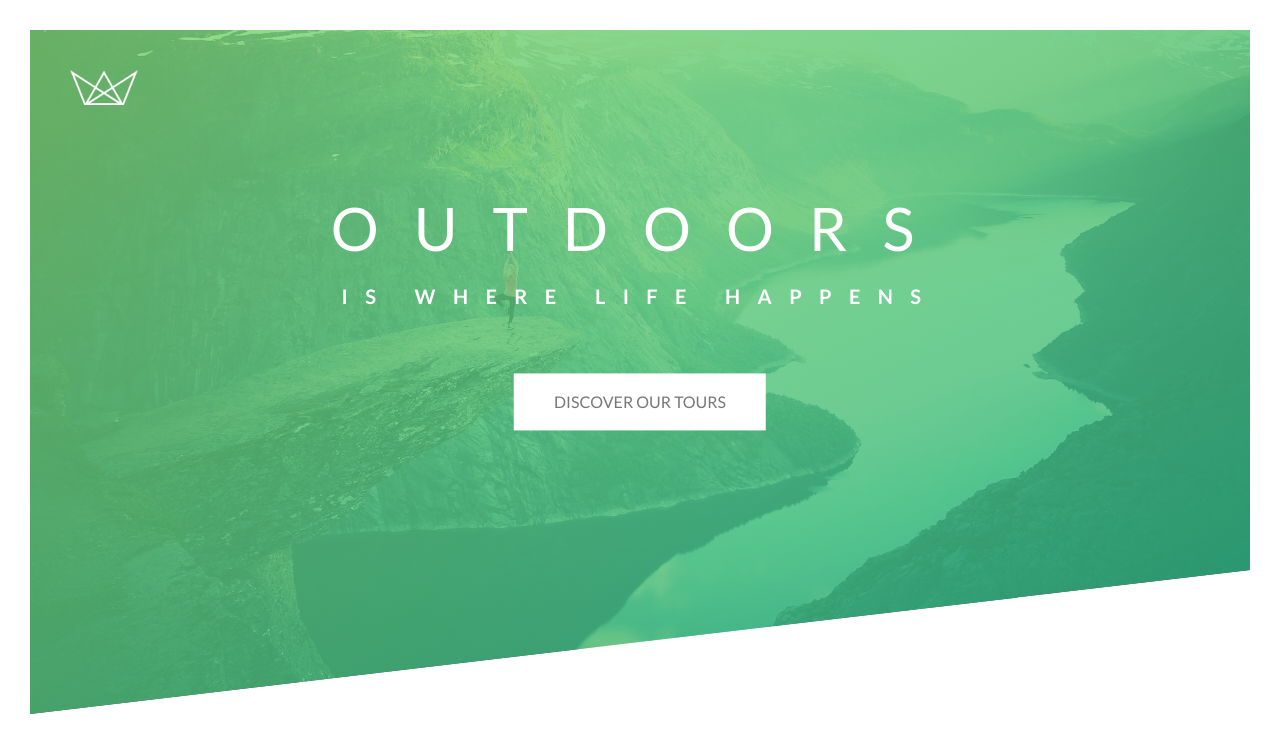
Repository: MalgorzataMazur/Natours
Page: index.html
An editor plug-in stored every save of this project. The page is shown before and after the next save, followed by the edit.
The browser window is 1280 px wide. The pictures show the whole page.

Above is the page before, as saved 2020-01-13 00:15:47.

After the next save:
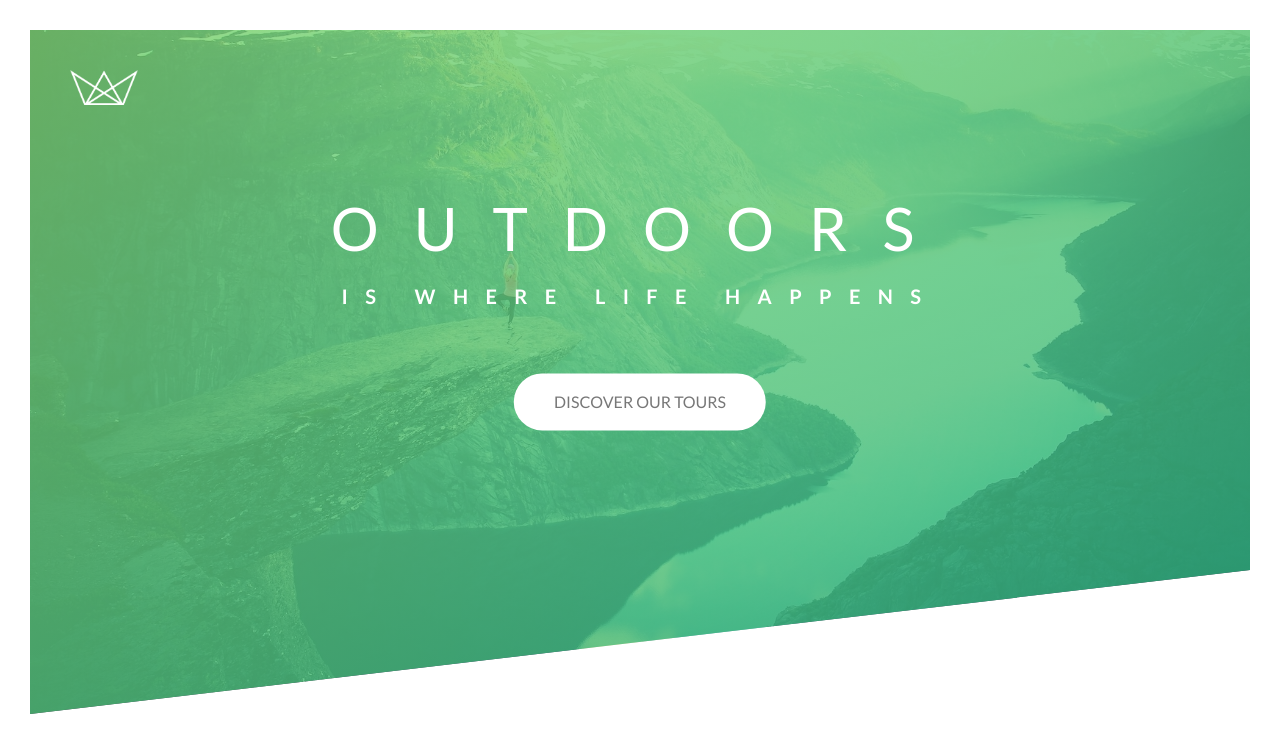
Saved 2 min 1 s later.
--- a/css/style.css
+++ b/css/style.css
@@ -128,6 +128,7 @@ body {
     text-decoration: none;
     padding: 15px 40px;
     display: inline-block;              /* if specufypadding, width, height of elemet thay sholud be display as a inline-block */
+    border-radius: 100px;
 }
 
 .btn:hover {
